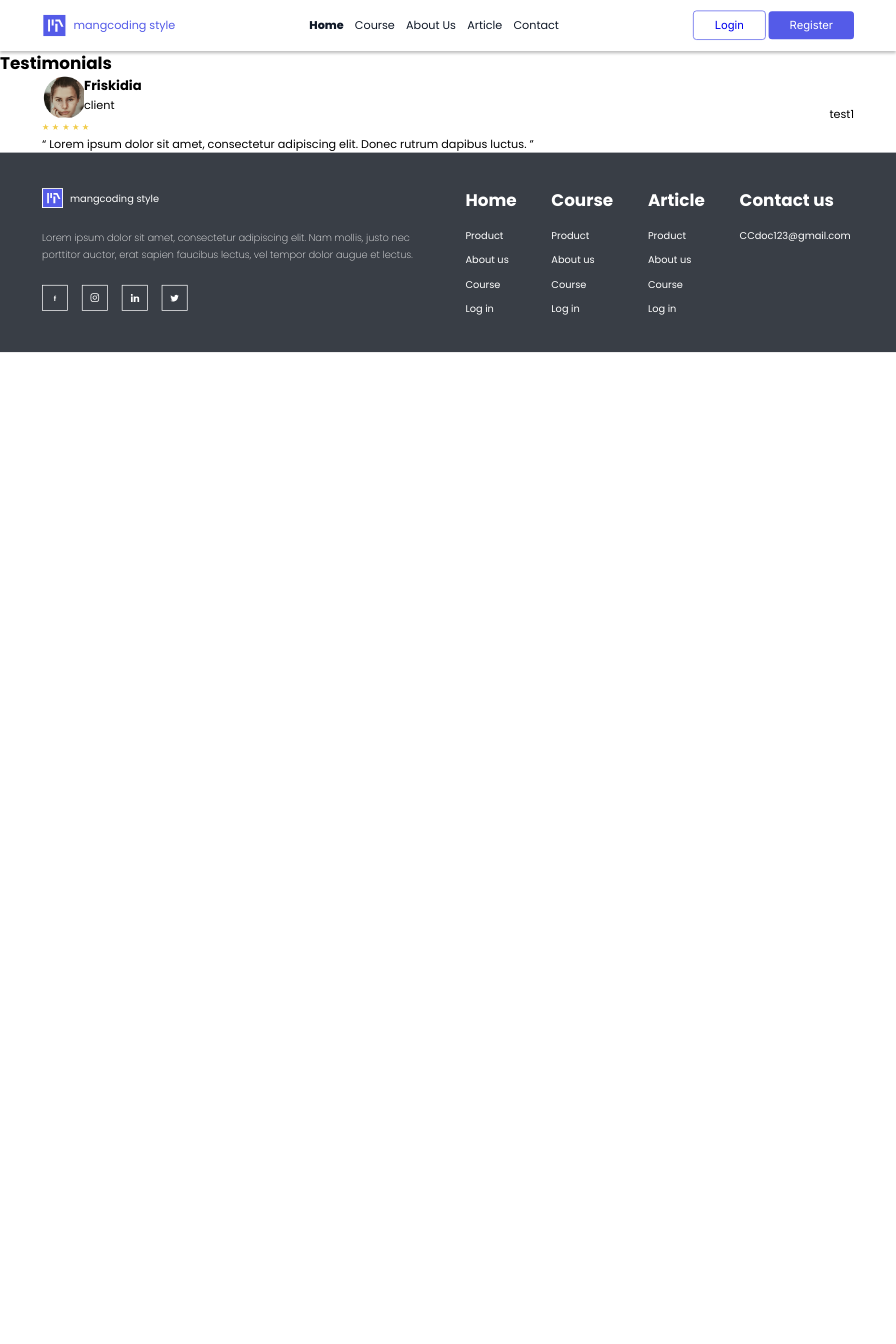
Repository: Dania-Alqam/landing-page
Page: index.html
An editor plug-in stored every save of this project. The page is shown before and after a run of saves, followed by the edit.
The browser window is 1280 px wide. The pictures show the part of the page from y = 0 to 1920 px (the page is 5000 px tall), at 70% of full size.

Above is the page before, as saved 2024-06-22 00:59:28.

After the next 2 saves:
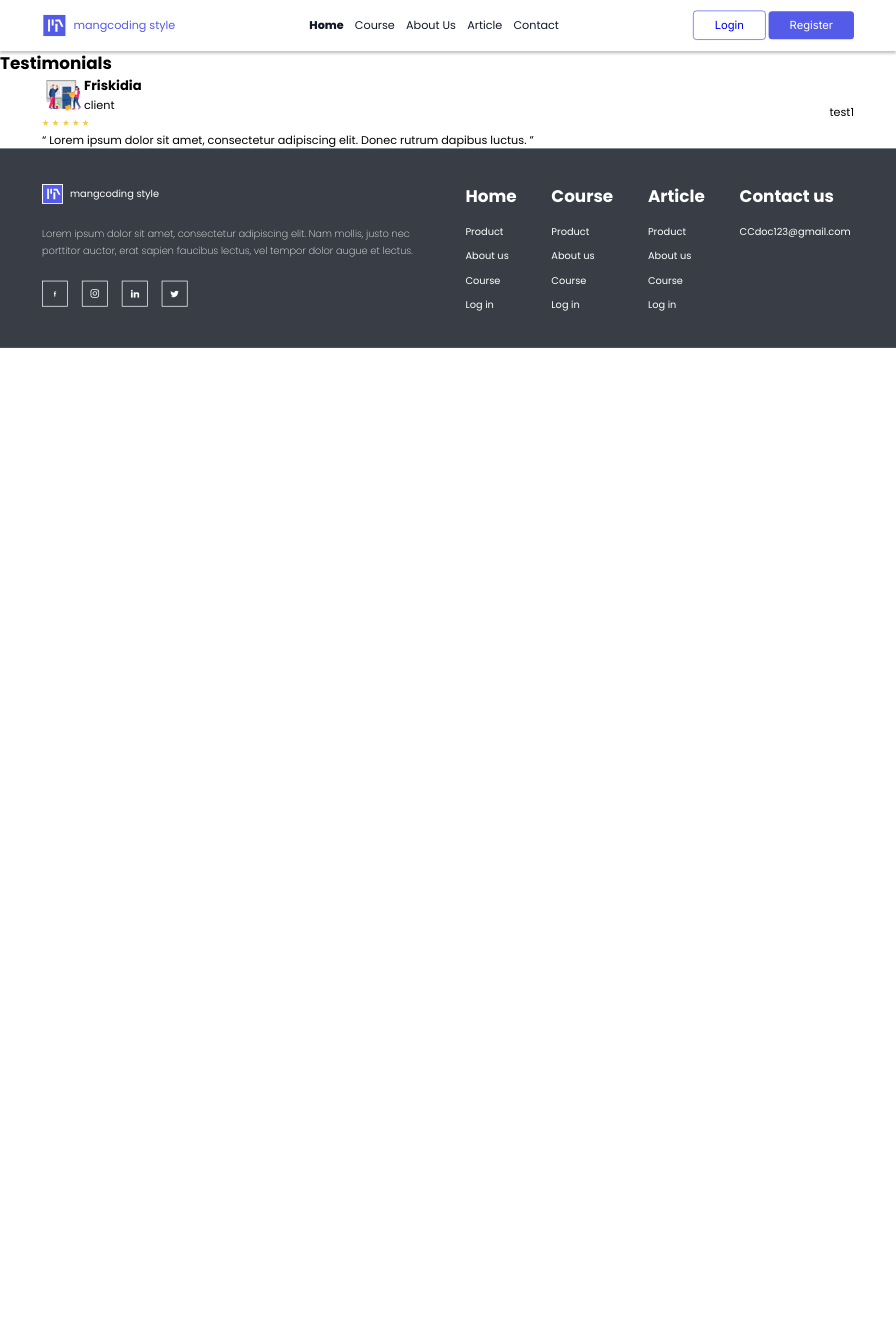
The 2 saves are shown as one change because they came seconds apart.
The last was saved 74 s later.
--- a/index.html
+++ b/index.html
@@ -52,7 +52,7 @@
                 <div class="row">
                     <div class="testimonial">
                         <div class="user-info">
-                            <img src="assests/images/clients/user1.png"/>
+                            <img src="assests/images/clients/2769802.jpg"/>
                             <div class="user-data">
                                 <h3>Friskidia</h3>
                                 <span>client</span>

After the 2 saves that followed:
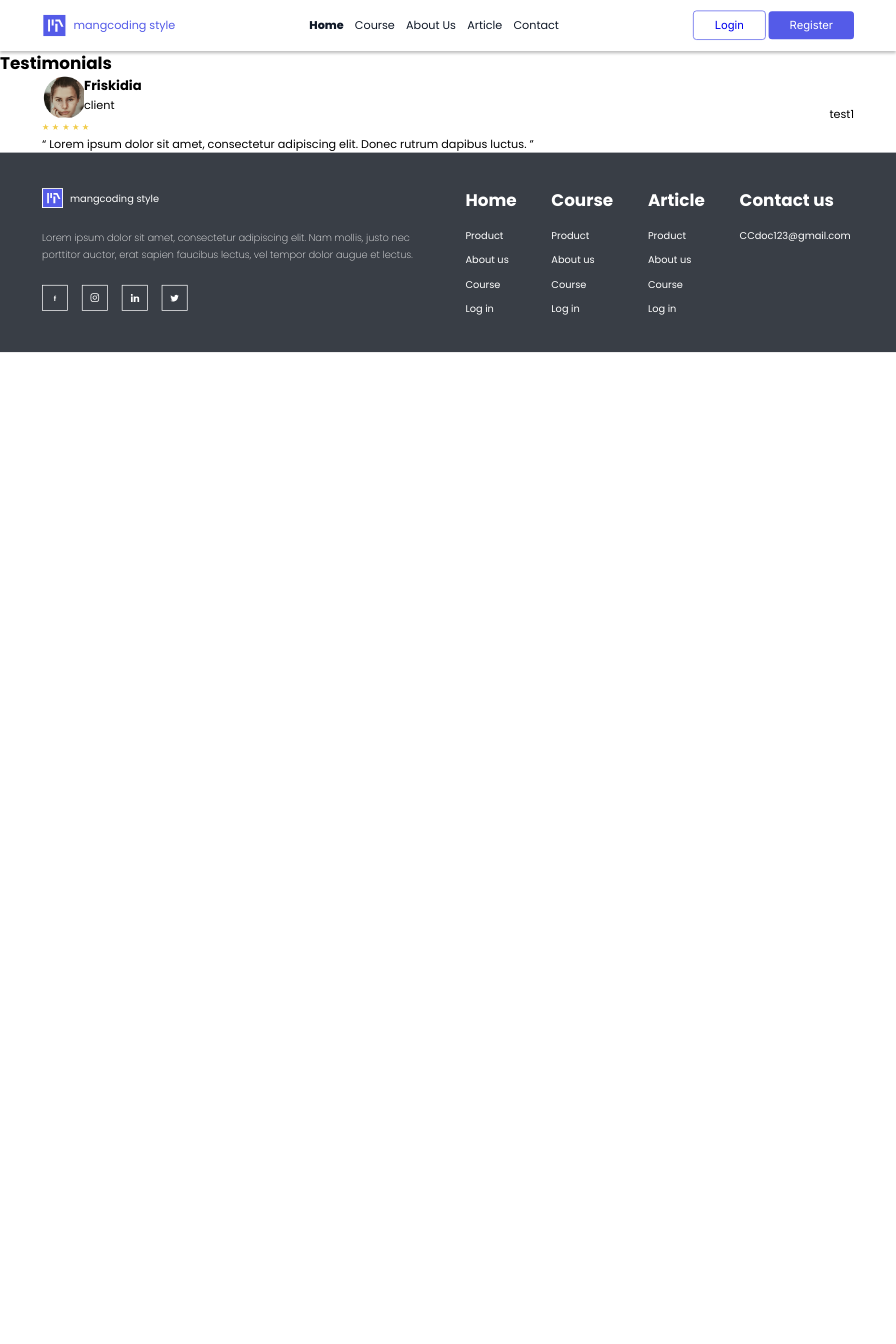
The 2 saves are shown as one change because they came seconds apart.
The last was saved 57 s later.
--- a/index.html
+++ b/index.html
@@ -52,7 +52,7 @@
                 <div class="row">
                     <div class="testimonial">
                         <div class="user-info">
-                            <img src="assests/images/clients/2769802.jpg"/>
+                            <img src="assests/images/clients/user1.png"/>
                             <div class="user-data">
                                 <h3>Friskidia</h3>
                                 <span>client</span>
